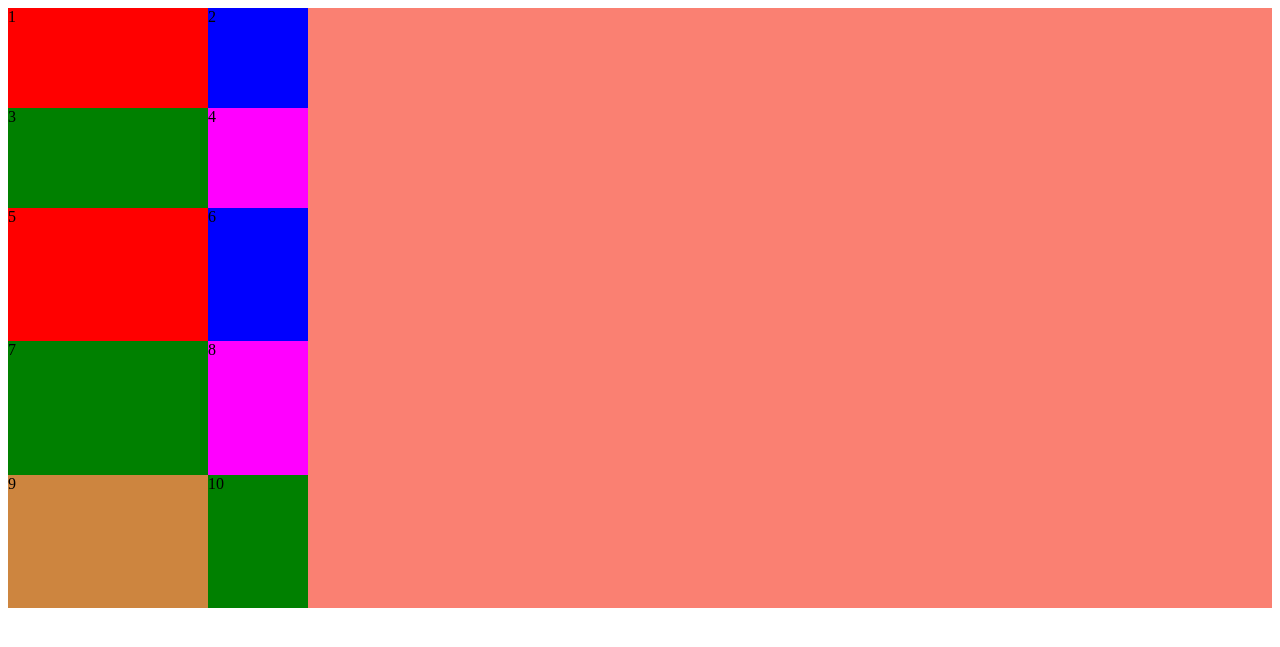
Repository: DinkarRavi/Dinkar_Coding
Page: 22aug24/grid.html
An editor plug-in stored every save of this project. The page is shown before and after a run of saves, followed by the edit.
The browser window is 1280 px wide. The pictures show the whole page.

Above is the page before, as saved 2024-08-22 15:06:32.

After the next 4 saves:
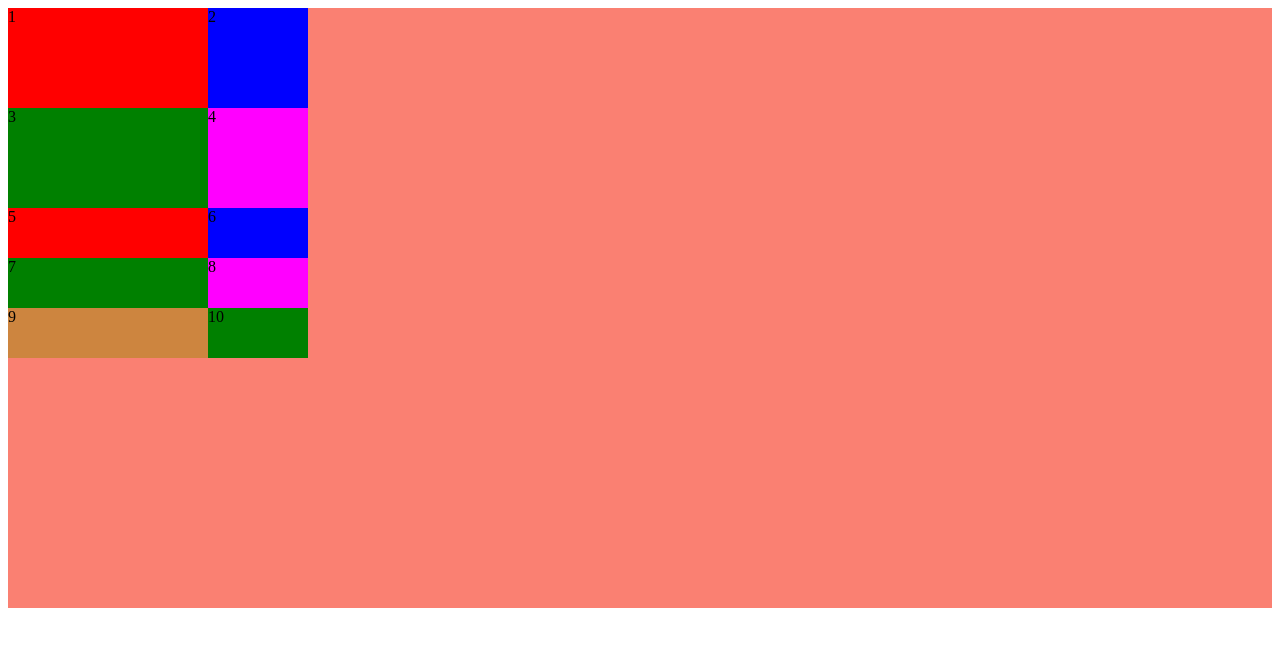
The 4 saves are shown as one change because they came seconds apart.
The last was saved 14 s later.
--- a/22aug24/grid.css
+++ b/22aug24/grid.css
@@ -7,7 +7,9 @@
 display: grid;
 grid-template-columns: 200px 100px;
 grid-template-rows: 100px 100px;
-grid grid-auto-rows: ;
+ grid-auto-rows: 50px;
+
+
 }
 div{
 div:nth-child(1) {
